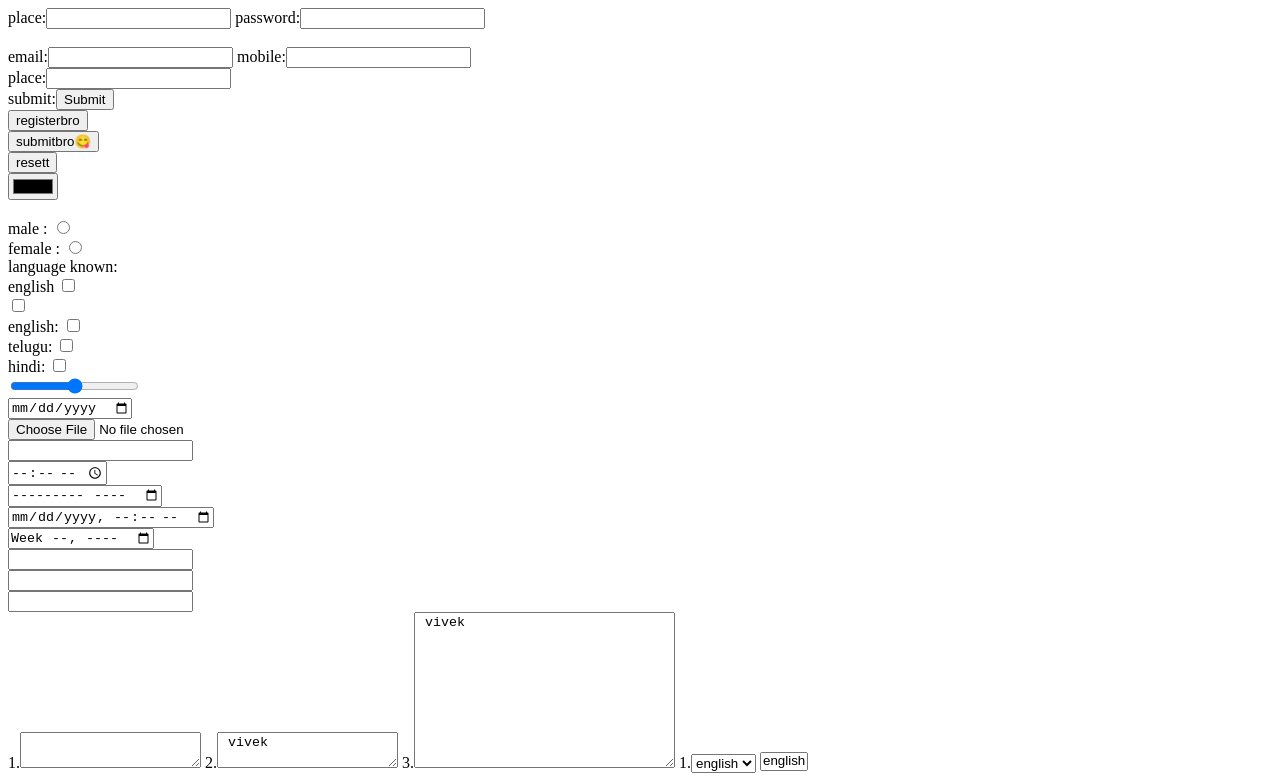
Repository: viveknaidu007/repo-113-HTML
Page: 9.html
An editor plug-in stored every save of this project. The page is shown before and after the next save, followed by the edit.
The browser window is 1280 px wide. The pictures show the whole page.

Above is the page before, as saved 2024-06-15 22:23:07.

### 9.html
<!DOCTYPE html>
<html>
    <head>
        <title> forms demo</title>
    </head>

    <body>
        <form action="response.html">
            place:<input type="text">
            password:<input type="password"> <br> <br>
            email:<input type="email">
            mobile:<input type="tel"> <br>
            place:<input type="number"> <br>
            submit:<input type="submit"> <br>
            <input type="submit" value="registerbro"> <br>
            <input type="submit" value="submitbro😋"> <br>
            <input type="reset" value="resett">  <br>
            <input type="color"> <br>
            <input type="hidden"> <br>
            male : <input type="radio" name="gender"> <br>
            female : <input type="radio" name="gender"> <br>
            language known: <br>
            english <input type="checkbox"> <br>
            <input type="checkbox"> <br>
            english: <input type="checkbox"> <br>
            telugu: <input type="checkbox"> <br>
            hindi: <input type="checkbox"> <br>

            <input type="range"> <br>
            <input type="date"> <br>
            <input type="file"> <br>
            <input type="search"> <br>
            <input type="time"> <br>
            <input type="month"> <br>
            <input type="datetime-local"> <br>
            <input type="week"> <br>
            <input type="url"> <br>

            <input type="text" name="place" minlength="3" maxlength="10"> <br>
            <input type="password" required minlength="3" maxlength="10"> <br>

            1.<textarea></textarea>
            2.<textarea> vivek </textarea>
            3.<textarea cols="30" rows="10"> vivek </textarea>

            1.<select>
                <option> english</option>
                <option> telugu</option>
                <option> hindi</option>
            </select>

            <select multiple size="1">
                <option> english</option>
                <option> telugu</option>
                <option> hindi</option>
            </select>

        </form>
    </body>
</html>

After the next save:
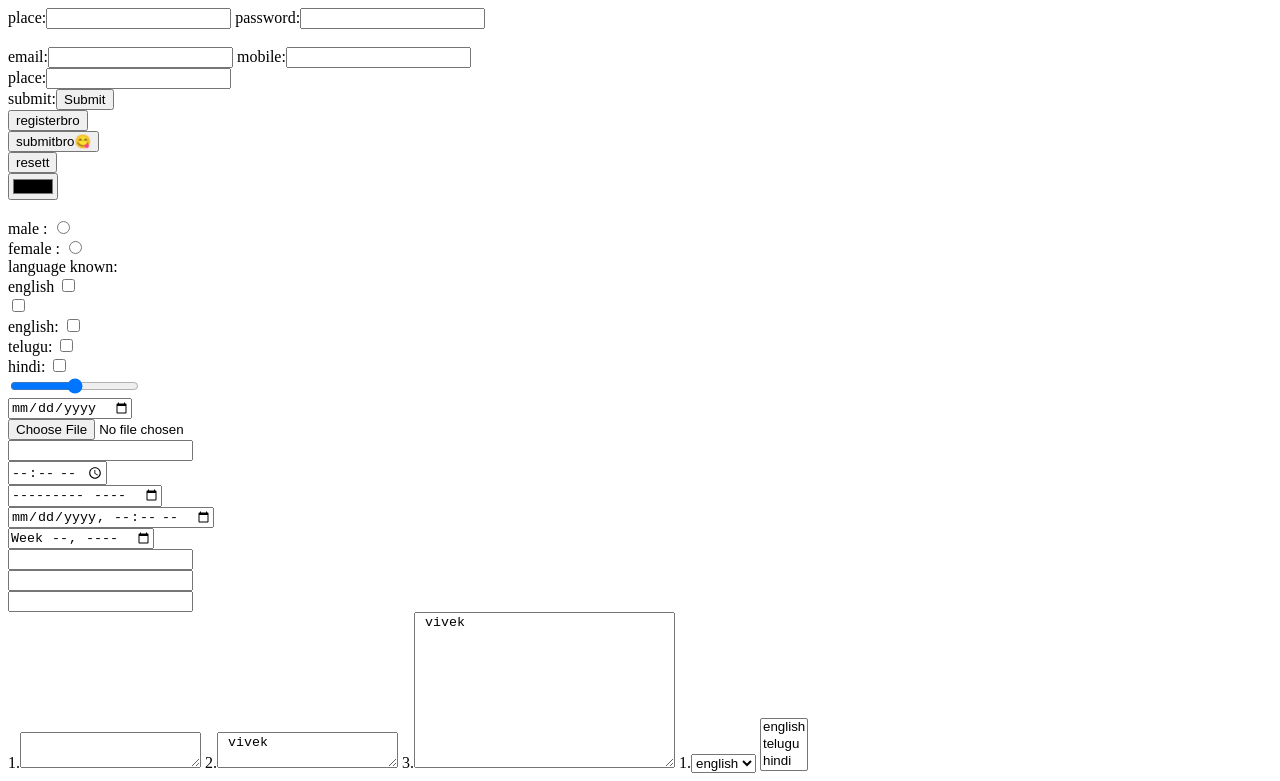
Saved 87 s later.
--- a/9.html
+++ b/9.html
@@ -49,7 +49,7 @@
                 <option> hindi</option>
             </select>
 
-            <select multiple size="1">
+            <select multiple size="3">
                 <option> english</option>
                 <option> telugu</option>
                 <option> hindi</option>

After the save that followed:
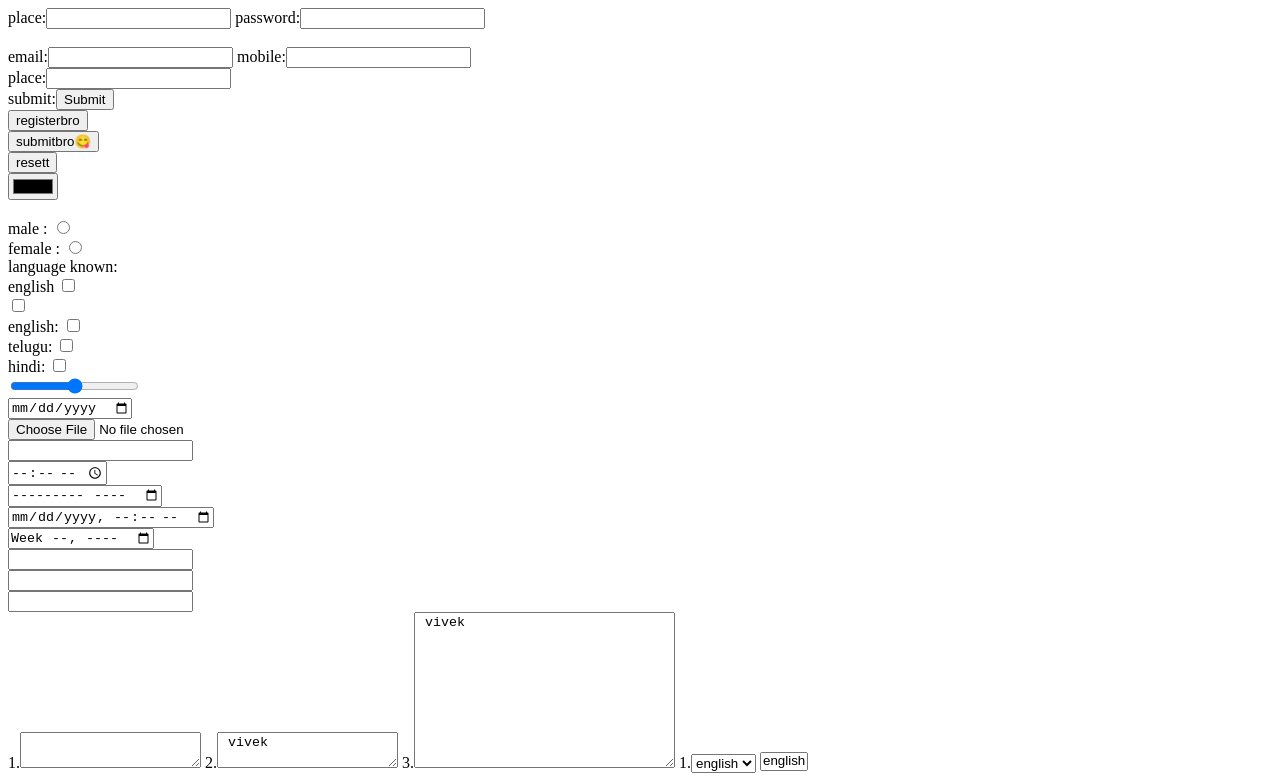
Saved 10 s later.
--- a/9.html
+++ b/9.html
@@ -49,7 +49,7 @@
                 <option> hindi</option>
             </select>
 
-            <select multiple size="3">
+            <select multiple size="1">
                 <option> english</option>
                 <option> telugu</option>
                 <option> hindi</option>
